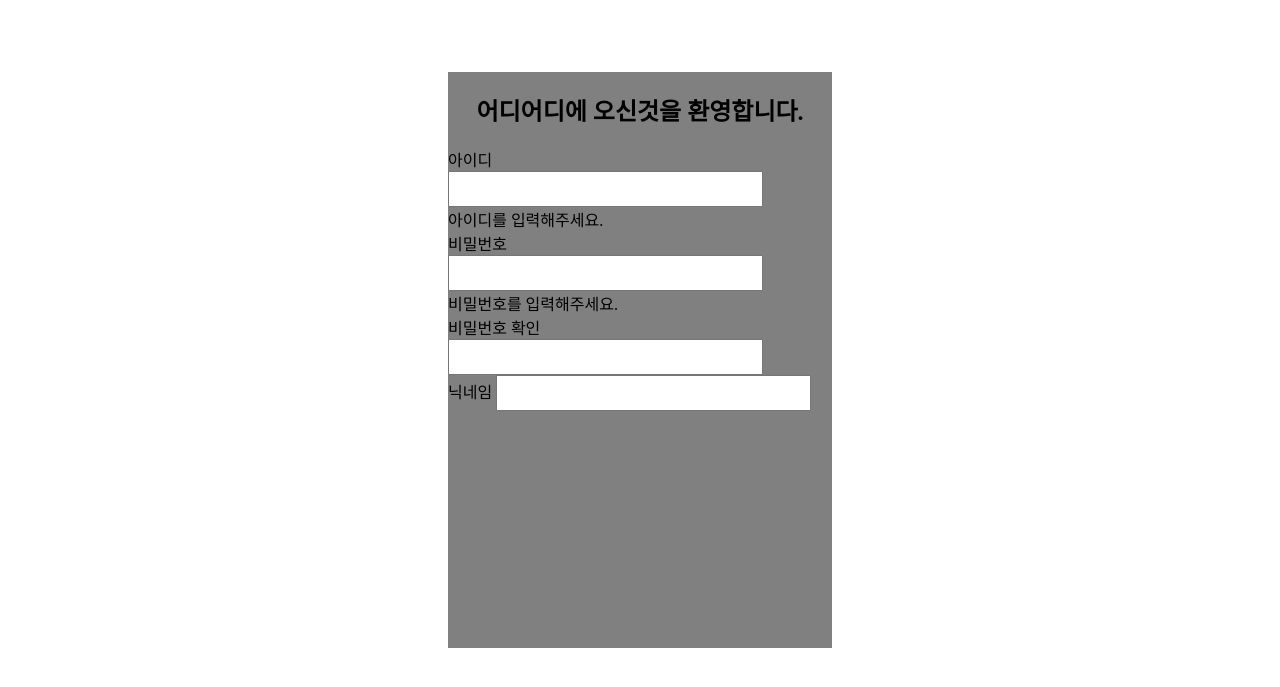
Repository: zzangyu/koreanFoodsProject
Page: http://localhost/koreanFoodsProject/koreanFoods/kFoods.do?cmd=signUp
An editor plug-in stored every save of this project. The page is shown before and after the next save, followed by the edit.
The browser window is 1280 px wide. The pictures show the whole page.
The page is served by Tomcat 9. Other server files are loaded and not shown.

Above is the page before, as saved 2022-12-29 07:06:57.

### koreanFoodsProject/src/main/webapp/koreanFoods/signUp.jsp
<%@ page language="java" contentType="text/html; charset=UTF-8"
    pageEncoding="UTF-8"%>
<!DOCTYPE html>
<html>
<head>
<meta charset="UTF-8">
<link type="text/css" rel="stylesheet" href="css/kFoods.css">
<title>Sign Up</title>
</head>
<body>
	<form action="" id="signUp">
		<div id="signUp_Wrap">
			<h2>어디어디에 오신것을 환영합니다.</h2>
			<div>
				<div>아이디</div>
				<div>
					<input type="text" name="kf_id" class="signUp_input">
					<div id="signUp_idCheck">아이디를 입력해주세요.</div>
				</div>
			</div>
			<div>
				<label>비밀번호</label>
				<div>
					<input type="password" name="kf_password" class="signUp_input">
					<div id="signUp_idCheck">비밀번호를 입력해주세요.</div>
				</div>
			</div>
			<div>
				<label>비밀번호 확인</label>
				<div>
					<input type="password" name="kf_passwordCheck" class="signUp_input">
					<div id="signUp_idCheck"></div>
				</div>
			</div>
			<div>
				<div>
					<label>닉네임</label>
					<input type="text" name="kf_nickname" class="signUp_input">
				</div>
			</div>
		</div>
	</form>
</body>
</html>

### koreanFoodsProject/src/main/java/com/kFoods/control/ControlServlet.java
package com.kFoods.control;

import java.io.IOException;
import java.io.PrintWriter;

import javax.servlet.RequestDispatcher;
import javax.servlet.ServletException;
import javax.servlet.http.HttpServlet;
import javax.servlet.http.HttpServletRequest;
import javax.servlet.http.HttpServletResponse;

import com.kFoods.action.Action;


public class ControlServlet extends HttpServlet {
	private static final long serialVersionUID = 1L;

	protected void service(HttpServletRequest request, HttpServletResponse response) throws ServletException, IOException {
		request.setCharacterEncoding("utf-8");
		response.setContentType("text/html;charset=utf-8");

		String cmd = request.getParameter("cmd");

		if(cmd != null) {
			ActionFactory factory = ActionFactory.getInstance();
			Action action = factory.getAction(cmd);

			ActionForward af = action.execute(request, response);

			if(af.isRedirect()) {
				response.sendRedirect(af.getUrl());
			} else {
				RequestDispatcher rd = request.getRequestDispatcher(af.getUrl());
				rd.forward(request, response);
			}
		} else {
			PrintWriter out = response.getWriter();

			out.println("<html>");
			out.println("<head><title>Error</title></head>");
			out.println("<body>");
			out.println("<h4>올바른 요청이 아닙니다.</h4>");
			out.println("<h4>http://localhost:8181/Project/project/cityPlan.do?cmd=요청키워드</h4>");
			out.println("</body>");
			out.println("</html>");
		}

	}

}

### koreanFoodsProject/src/main/java/com/kFoods/control/ActionFactory.java
package com.kFoods.control;

import com.kFoods.action.Action;
import com.kFoods.action.IndexAction;
import com.kFoods.action.SignInAction;
import com.kFoods.action.SignUpAction;

public class ActionFactory {

	private static ActionFactory instance;

	private ActionFactory() {}

	public static synchronized ActionFactory getInstance() {
		if(instance == null) {
			instance = new ActionFactory();
		}
		return instance;
	}

	public Action getAction(String cmd) {
		Action action = null;

		switch (cmd) {

		case "signUp":
			action = new SignUpAction();
			break;

		case "signIn":
			action = new SignInAction();
			break;

		default:
			action = new IndexAction();
			break;
		}

		return action;
	}

}

### koreanFoodsProject/src/main/java/com/kFoods/action/Action.java
package com.kFoods.action;

import java.io.IOException;

import javax.servlet.http.HttpServletRequest;
import javax.servlet.http.HttpServletResponse;

import com.kFoods.control.ActionForward;

public interface Action {
	public ActionForward execute(HttpServletRequest request, HttpServletResponse response) throws IOException;
}

### koreanFoodsProject/src/main/java/com/kFoods/action/SignUpAction.java
package com.kFoods.action;

import java.io.IOException;

import javax.servlet.http.HttpServletRequest;
import javax.servlet.http.HttpServletResponse;

import com.kFoods.control.ActionForward;

public class SignUpAction implements Action {

	@Override
	public ActionForward execute(HttpServletRequest request, HttpServletResponse response) throws IOException {
		return new ActionForward("/koreanFoods/signUp.jsp", false);
	}

}

### koreanFoodsProject/src/main/java/com/kFoods/control/ActionForward.java
package com.kFoods.control;

public class ActionForward {

	private String url;
	private boolean redirect;

	public ActionForward() {}

	public ActionForward(String url) {
		this.url = url;
	}

	public ActionForward(String url, boolean redirect) {
		this.url = url;
		this.redirect = redirect;
	}

	public String getUrl() {
		return url;
	}

	public void setUrl(String url) {
		this.url = url;
	}

	public boolean isRedirect() {
		return redirect;
	}

	public void setRedirect(boolean redirect) {
		this.redirect = redirect;
	}

}

### koreanFoodsProject/src/main/webapp/koreanFoods/css/kFoods.css
@charset "UTF-8";
html, body {
	margin: 0;
	padding: 0;
	width: 100%;
	height: 100%;
}
a {
	text-decoration: none;
}
#loginButton {
	background-color: yellow;
}
#loginButton a {
	color: red;
}
#signUp {
	width: 100%;
	height: 100%;
	display: flex;
	justify-content: center;
	align-items: center;
}
#signUp_Wrap {
	width: 30%;
	height: 80%;
	background-color: gray;
}
#signUp_Wrap h2 {
	text-align: center;
}
#signUp_Wrap div {
	width: 100%;
}
.signUp_input {
	width: 80%;
	height: 30px;
}

After the next save:
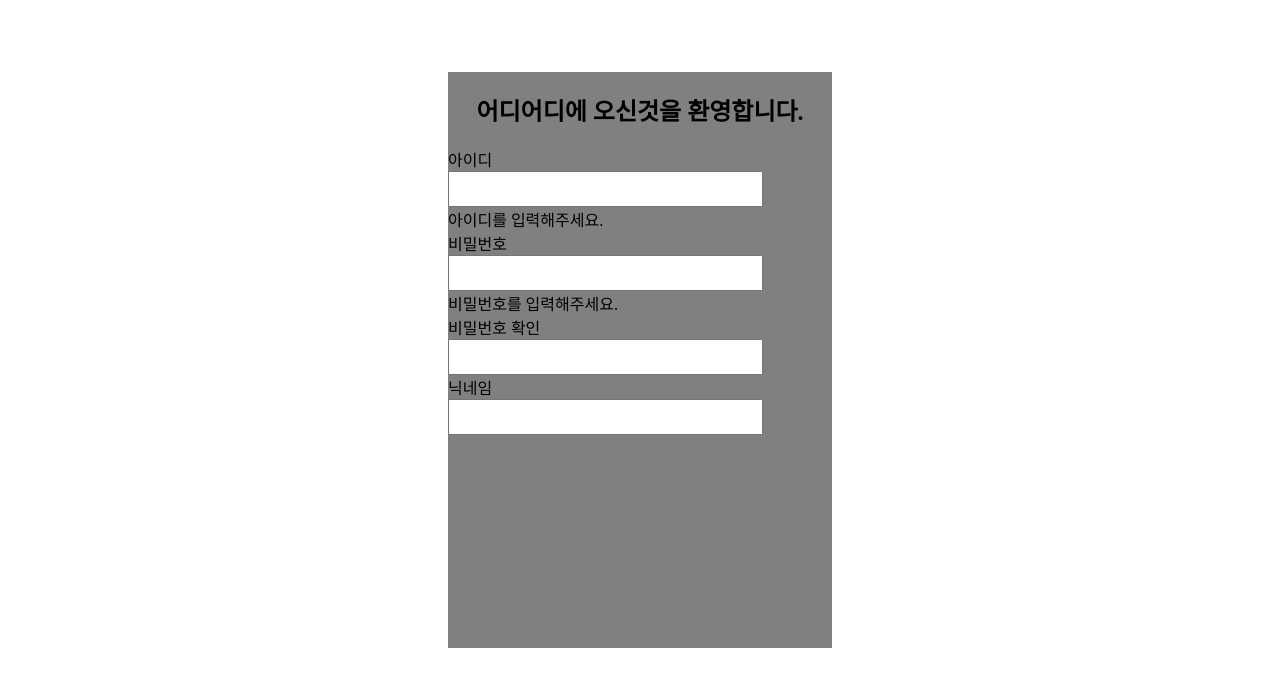
Saved 6 s later.
--- a/koreanFoodsProject/src/main/webapp/koreanFoods/signUp.jsp
+++ b/koreanFoodsProject/src/main/webapp/koreanFoods/signUp.jsp
@@ -33,8 +33,8 @@
 				</div>
 			</div>
 			<div>
+				<label>닉네임</label>
 				<div>
-					<label>닉네임</label>
 					<input type="text" name="kf_nickname" class="signUp_input">
 				</div>
 			</div>
